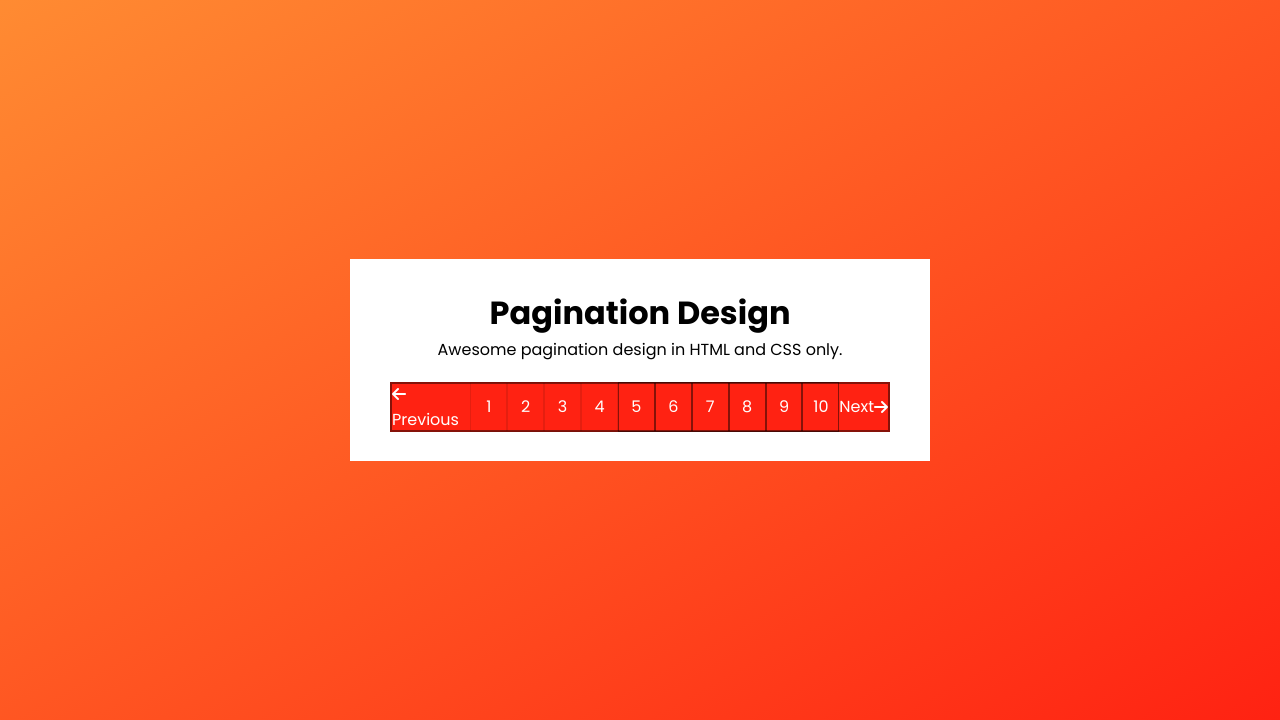
Repository: Ankitkr2021/Awesome-Pagination
Page: index.html
These files come from the project's save history. The page is drawn as it stood at one moment and after the next save; the edit follows.
The browser window is 1280 px wide. The pictures show the whole page.

Above is the page before, as saved 2025-10-02 09:11:19.

After the next save:
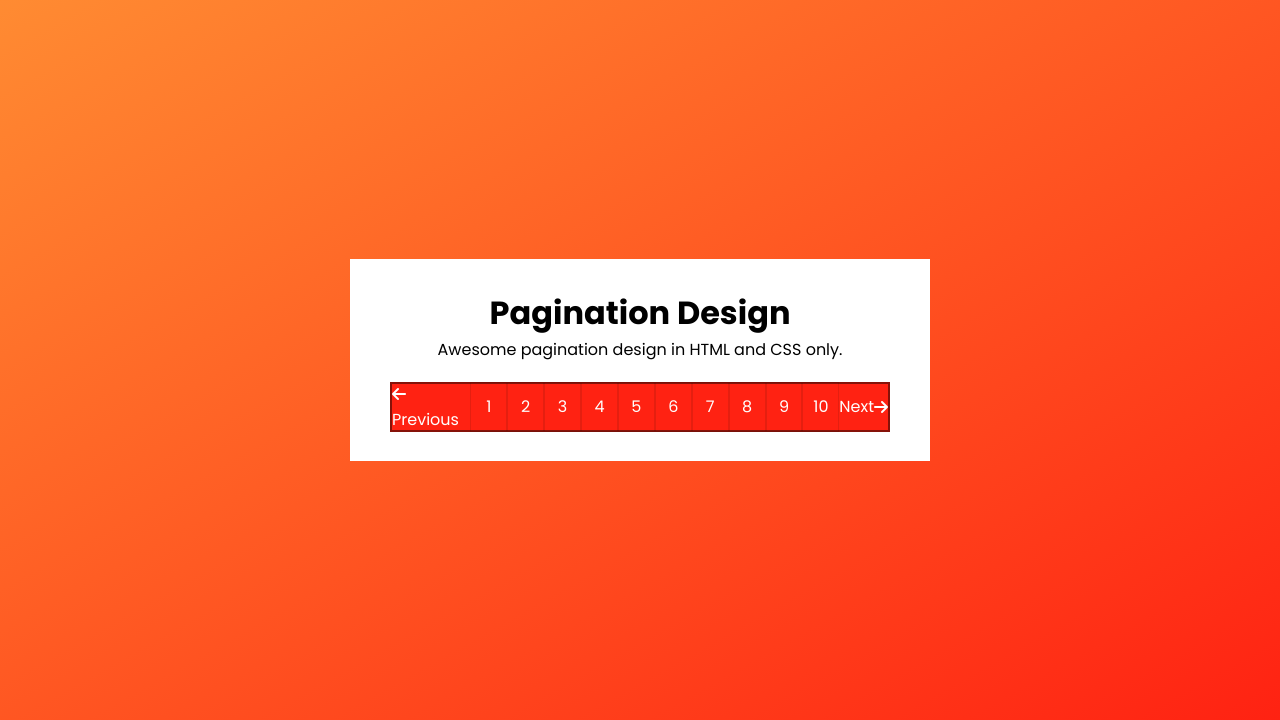
Saved 15 s later.
--- a/index.html
+++ b/index.html
@@ -17,12 +17,12 @@
             <div style="width: 40px;height: 50px; border: 1px solid rgba(0, 0, 0, 0.1);display: flex; justify-content: center; align-items: center;">2</div>
             <div style="width: 40px;height: 50px; border: 1px solid rgba(0, 0, 0, 0.1);display: flex; justify-content: center; align-items: center;">3</div>
             <div style="width: 40px;height: 50px; border: 1px solid rgba(0, 0, 0, 0.1);display: flex; justify-content: center; align-items: center;">4</div>
-            <div style="width: 40px;height: 50px; border: 1px solid rgba(0, 0, 0, 0.475);display: flex; justify-content: center; align-items: center;">5</div>
-            <div style="width: 40px;height: 50px; border: 1px solid rgba(0, 0, 0, 0.475);display: flex; justify-content: center; align-items: center;">6</div>
-            <div style="width: 40px;height: 50px; border: 1px solid rgba(0, 0, 0, 0.475);display: flex; justify-content: center; align-items: center;">7</div>
-            <div style="width: 40px;height: 50px; border: 1px solid rgba(0, 0, 0, 0.475);display: flex; justify-content: center; align-items: center;">8</div>
-            <div style="width: 40px;height: 50px; border: 1px solid rgba(0, 0, 0, 0.475);display: flex; justify-content: center; align-items: center;">9</div>
-            <div style="width: 40px;height: 50px; border: 1px solid rgba(0, 0, 0, 0.475);display: flex; justify-content: center; align-items: center;">10</div>
+            <div style="width: 40px;height: 50px; border: 1px solid rgba(0, 0, 0, 0.1);display: flex; justify-content: center; align-items: center;">5</div>
+            <div style="width: 40px;height: 50px; border: 1px solid rgba(0, 0, 0, 0.1);display: flex; justify-content: center; align-items: center;">6</div>
+            <div style="width: 40px;height: 50px; border: 1px solid rgba(0, 0, 0, 0.1);display: flex; justify-content: center; align-items: center;">7</div>
+            <div style="width: 40px;height: 50px; border: 1px solid rgba(0, 0, 0, 0.1);display: flex; justify-content: center; align-items: center;">8</div>
+            <div style="width: 40px;height: 50px; border: 1px solid rgba(0, 0, 0, 0.1);display: flex; justify-content: center; align-items: center;">9</div>
+            <div style="width: 40px;height: 50px; border: 1px solid rgba(0, 0, 0, 0.1);display: flex; justify-content: center; align-items: center;">10</div>
             Next<i class="fas fa-arrow-right"></i>
         </div>
     </div>
